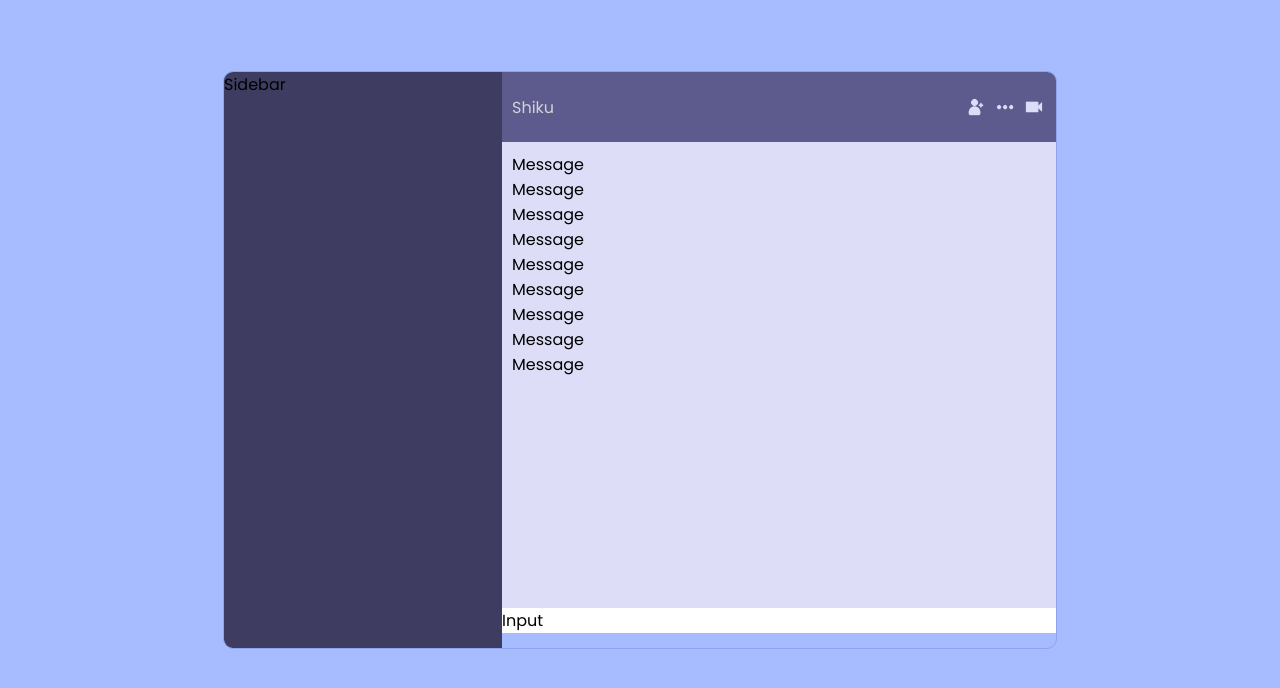
Repository: shikubro90/chatapp
Page: /
These files come from the project's save history. The page is drawn as it stood at one moment and after a run of saves; the edit follows.
The browser window is 1280 px wide. The pictures show the whole page.
The project was rebuilt for these pictures with package versions that can differ from the ones it lists, and the page was loaded fresh each time. Also part of the build but not shown: src/pages/Login.jsx, src/pages/Register.jsx.

Above is the page before, as saved 2022-09-14 20:20:38.

After the next 6 saves:
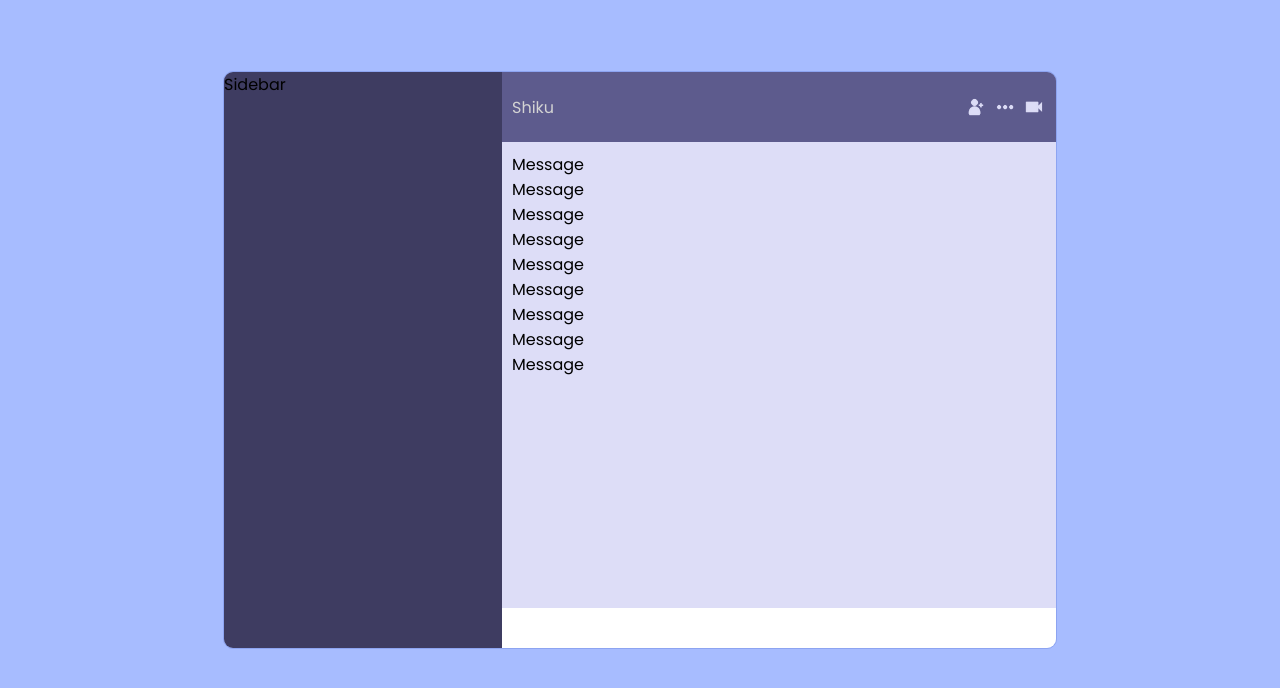
The 6 saves are shown as one change because they came seconds apart.
The last was saved 18 s later.
--- a/src/style.scss
+++ b/src/style.scss
@@ -234,6 +234,7 @@
             }
             .input{
                 background: white;
+                padding: 50px 10px;
             }
 
         }
